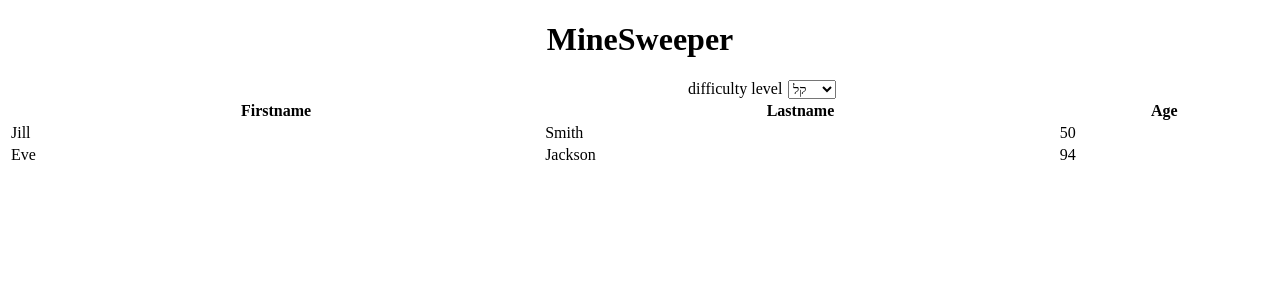
Repository: issaRan/MineSweeper
Page: html/index.html
These files come from the project's save history. The page is drawn as it stood at one moment and after the next save; the edit follows.
The browser window is 1280 px wide. The pictures show the whole page.

Above is the page before, as saved 2020-10-20 17:28:32.

After the next save:
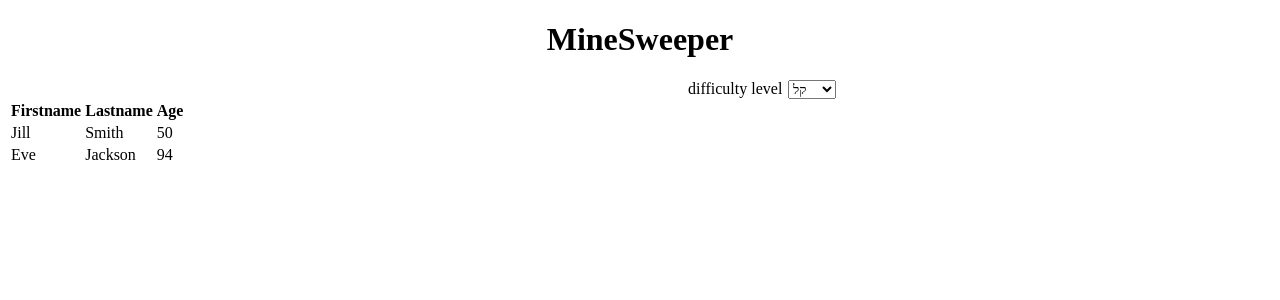
Saved 13 s later.
--- a/html/index.html
+++ b/html/index.html
@@ -17,7 +17,7 @@
         <option value="hard">קשה</option>
         </select>
     </div>
-    <table style="width:100%">
+    <table>
         <tr>
           <th>Firstname</th>
           <th>Lastname</th>
